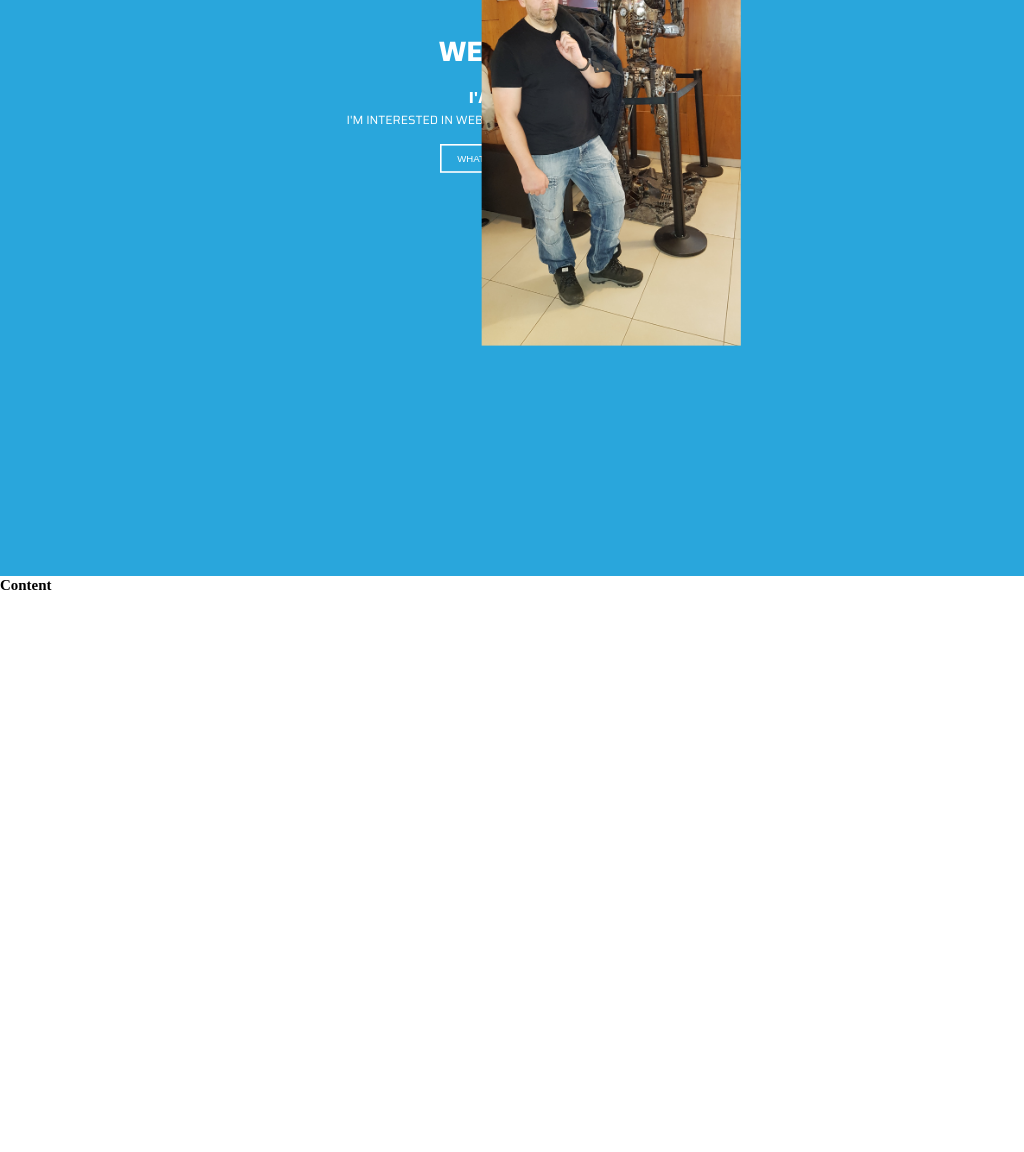
Repository: navanweb/dev
Page: jerry.html
The author's editor kept a copy of each file at every save. The page is drawn from the files as they stood at one save, then again after the next save.
The browser window is 1280 px wide. The pictures show the whole page, at 80% of full size.

Above is the page before, as saved 2019-04-06 19:49:17.

### jerry.html
<!DOCTYPE html>
<html>

<head>
  <meta charset="UTF-8">
  <meta name="viewport" content="width=device-width, initial-scale=1.0">
  <meta http-equiv="X-UA-Compatible" content="ie=edge">
  <title>Jerry</title>
  <link href="https://fonts.googleapis.com/css?family=Saira:400,700" rel="stylesheet">
  <link rel="stylesheet" type="text/css" href="css/jerry.css">
</head>

<body>
  <header>
    <div class="welcome">
      <p>welcome!</p>
      <h1>I'am Jerry</h1>
      <h2>I'm interested in web development and web design</h2>
      <button>what I am doing now</button>
    </div>
    <img src="images/jerry.jpg" alt="Jerry photo PCWitcher">
  </header>
  <h3>Content</h3>
</body>

</html>

### css/jerry.css
/* font-family: 'Saira', sans-serif; */

* {
    margin: 0;
    padding: 0;
    box-sizing: border-box;
}

header {
    position: relative;
    background-color: #29a6dc;
    height: 100vh;
    /* overflow: hidden; */
    /* max-width: 1920px; */
    /* margin: 0 auto; */
}

header>* {
    position: absolute;
}

header img {
    position: absolute;
    height: 50%;
    bottom: 0;
    transform: translateX(50%);
}

header div.welcome {
    top: 5%;
    left: 5%;
    right: 5%;
    text-align: center;
    font-family: 'Saira', sans-serif;
    font-weight: bold;
    font-size: 35px;
    color: white;
    text-transform: uppercase;
}


header h1 {
    font-size: 20px;
    margin-top: 15px;
}

header h2 {
    font-size: 15px;
    font-weight: 400;
}

header button {
    line-height: 32px;
    padding: 0 20px;
    text-transform: uppercase;
    color: white;
    background-color: transparent;
    font-size: 12px;
    border: 2px solid white;
}

@media (orientation:landscape) {
    header img {
        height: 80%;
        transform: translate(-50%, -50%);
        bottom: 0;
        right: 15%;
    }

}

h3 {
    height: 100vh;
}

After the next save:
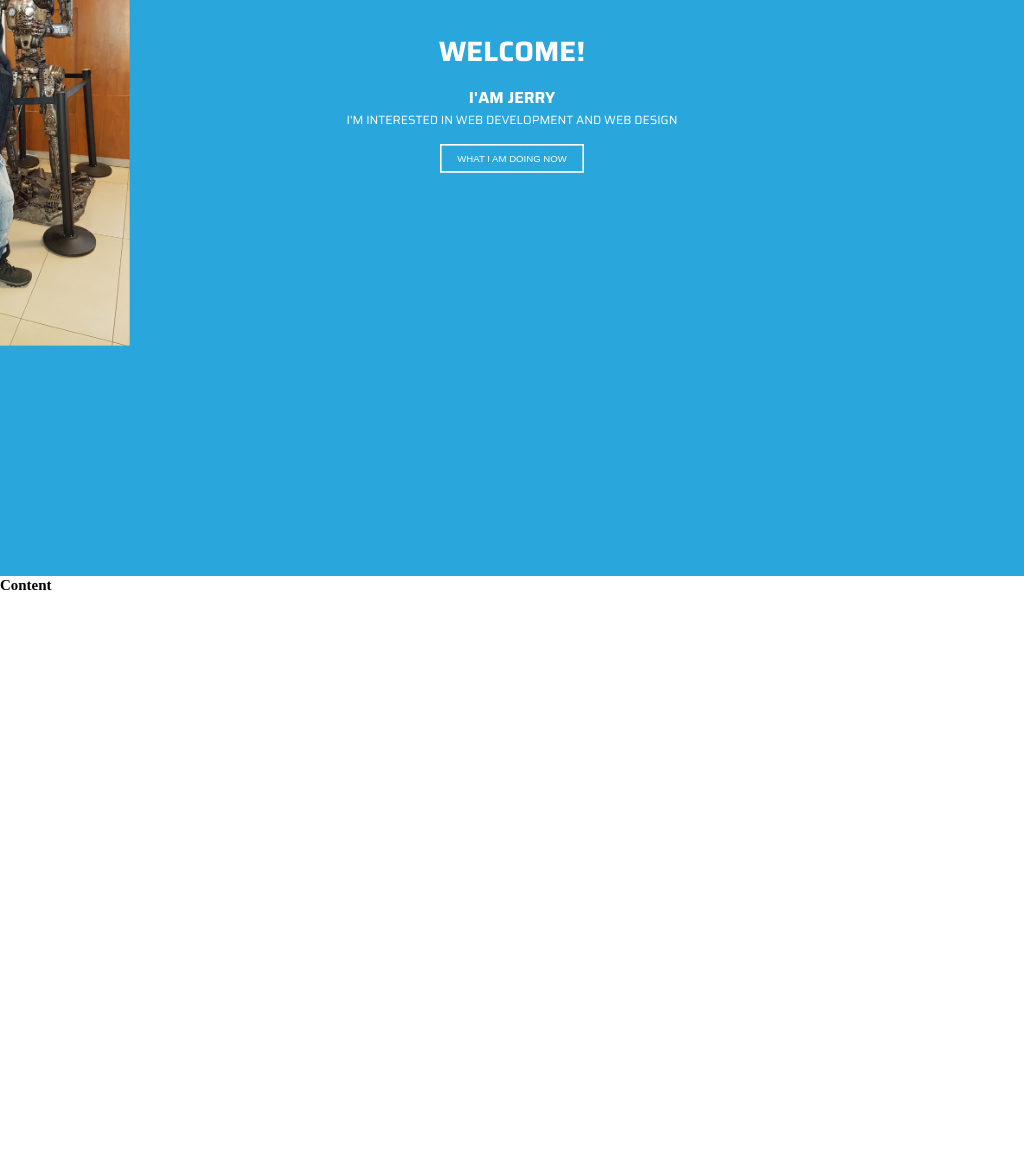
Saved 15 s later.
--- a/css/jerry.css
+++ b/css/jerry.css
@@ -63,8 +63,8 @@ header button {
     header img {
         height: 80%;
         transform: translate(-50%, -50%);
-        bottom: 0;
-        right: 15%;
+        /* bottom: 0; */
+        /* right: 15%; */
     }
 
 }
